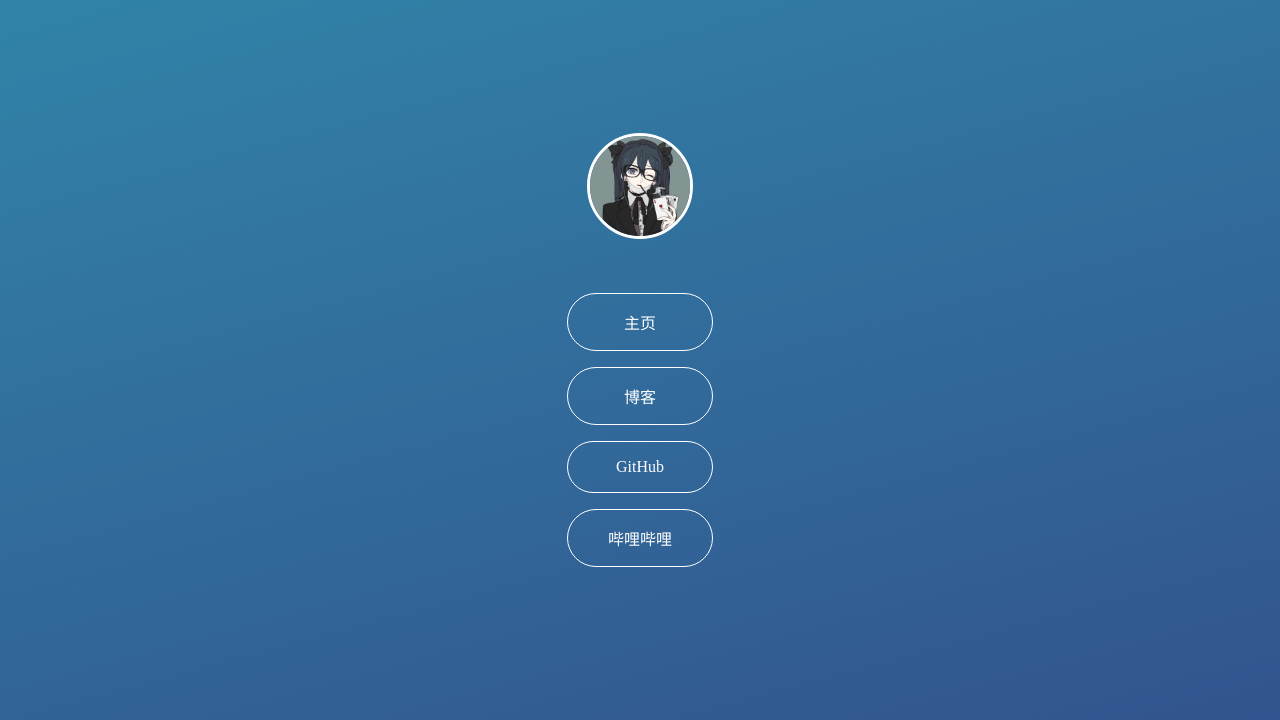
Repository: MarginLon/marginlon.github.io
Page: index.html
An editor plug-in stored every save of this project. The page is shown before and after the next save, followed by the edit.
The browser window is 1280 px wide. The pictures show the whole page.

Above is the page before, as saved 2022-09-24 09:40:33.

After the next save:
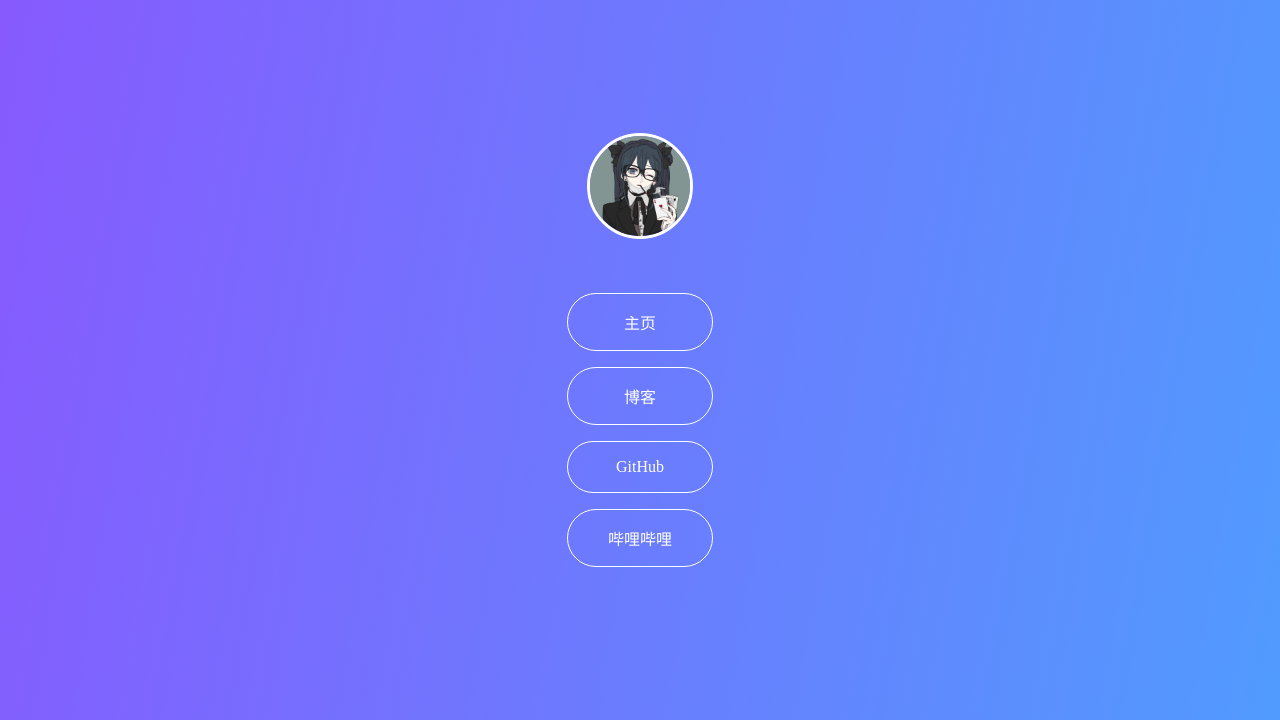
Saved 4 min 21 s later.
--- a/index.html
+++ b/index.html
@@ -50,7 +50,8 @@
             left: calc(50% - 1500px);
             animation: bg-rotate 15s infinite linear;
             /* background: linear-gradient(45deg, #20b57d 40%, #258ec5 60%); */
-            background: linear-gradient(45deg, #30cfd0 0%, #330867 100%);
+            /* background: linear-gradient(45deg, #30cfd0 0%, #330867 100%); */
+            background-image: linear-gradient(-20deg, #b721ff 0%, #21d4fd 100%);
         }
 
         @keyframes bg-rotate {
